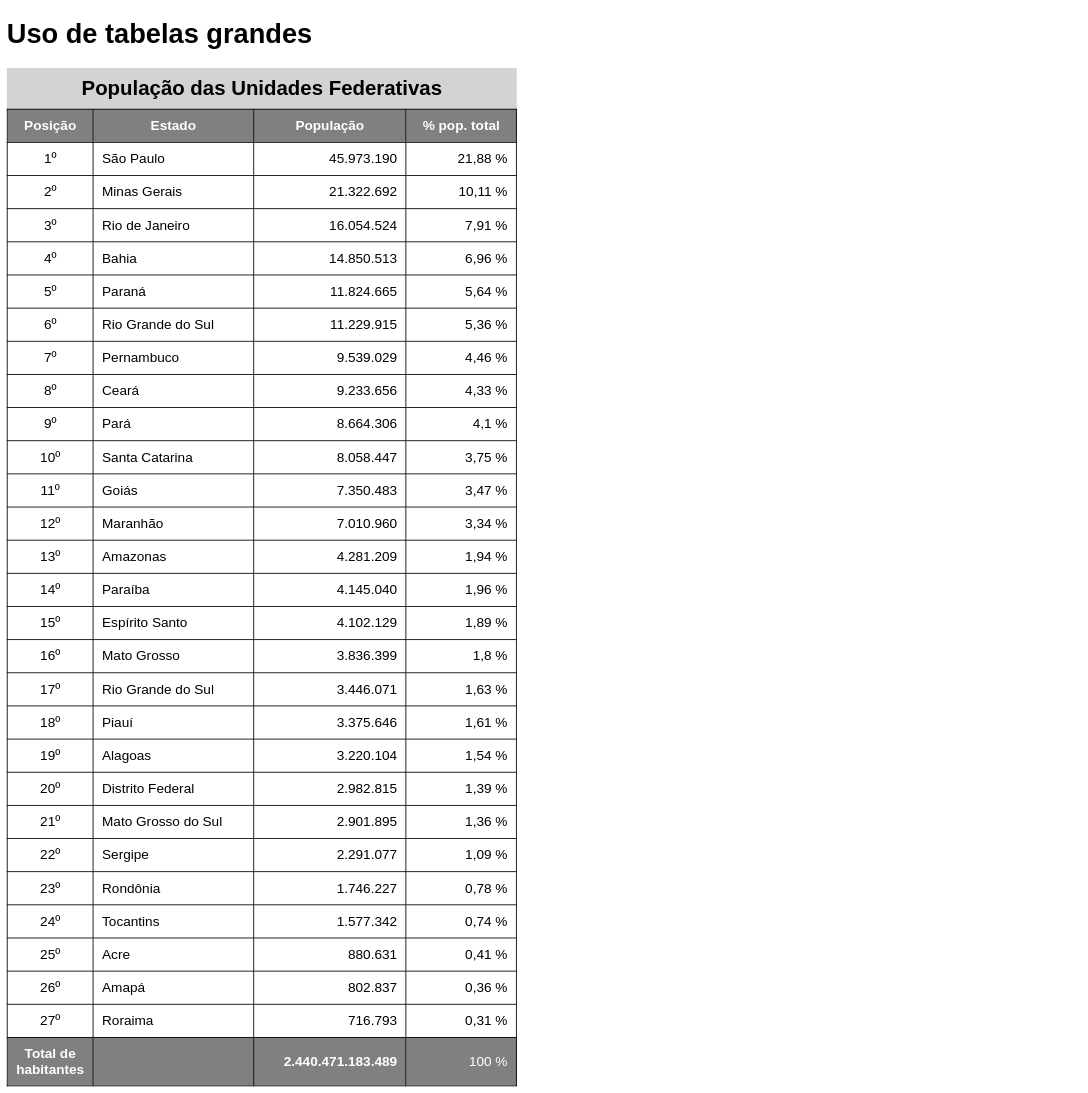
Repository: railsondev/html-css
Page: Módulo3/Exercicios/Ex02 - Tabelas/tabela002.html
An editor plug-in stored every save of this project. The page is shown before and after the next save, followed by the edit.
The browser window is 1280 px wide. The pictures show the whole page, at 85% of full size.

Above is the page before, as saved 2024-10-18 22:56:25.

After the next save:
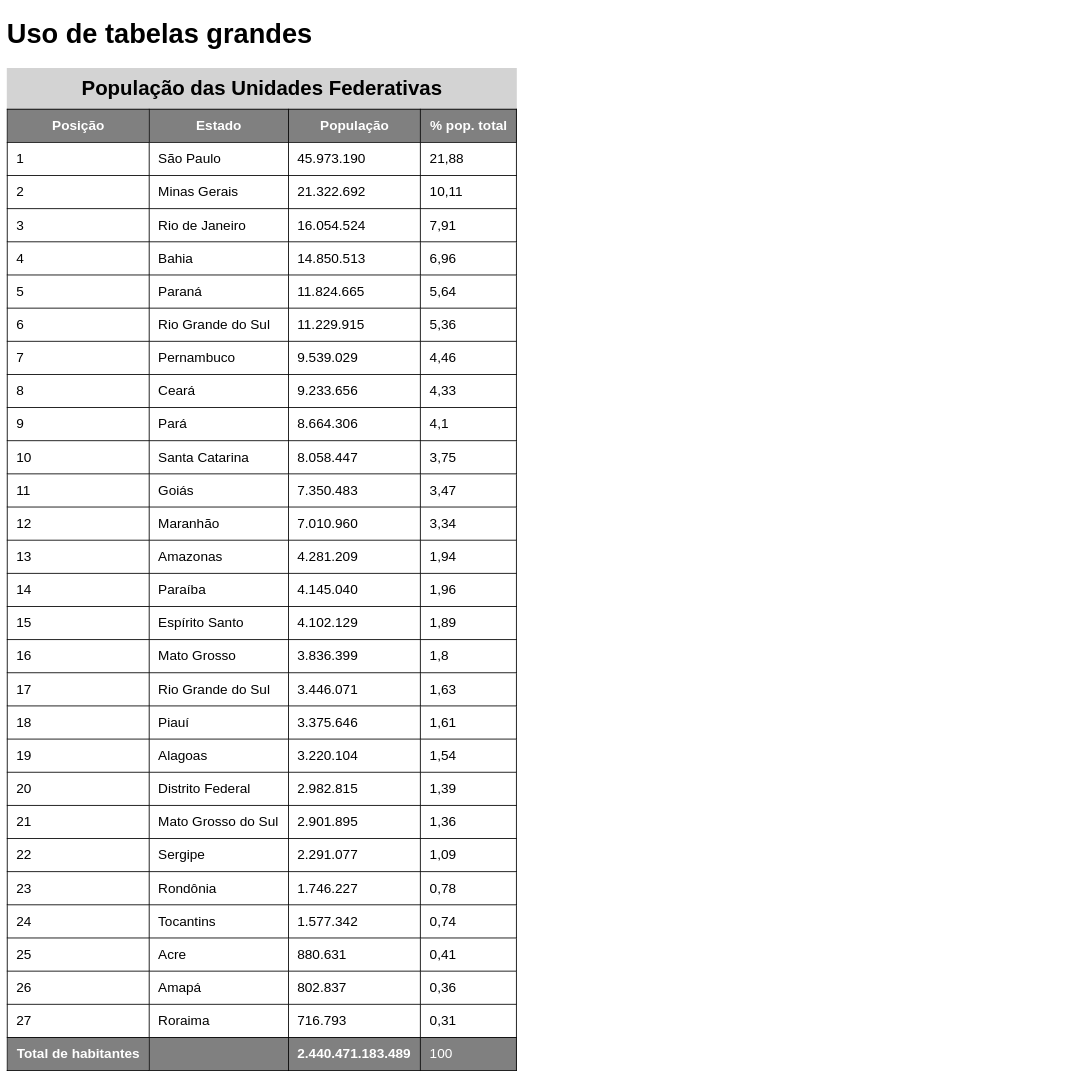
Saved 20 h 37 min later.
--- a/Módulo3/Exercicios/Ex02 - Tabelas/src/css/estilo01.css
+++ b/Módulo3/Exercicios/Ex02 - Tabelas/src/css/estilo01.css
@@ -2,20 +2,6 @@
 
 body {
   font-family: Arial, Helvetica, sans-serif;
-}
-.porc::after {
-  content: ' %';
-}
-.numero, .porc {
-  text-align: right;
-}
-
-.pos {
-  text-align: center;
-  width: 20px;
-}
-.pos::after {
-  content: 'º';
 }
 
 caption {

After the save that followed:
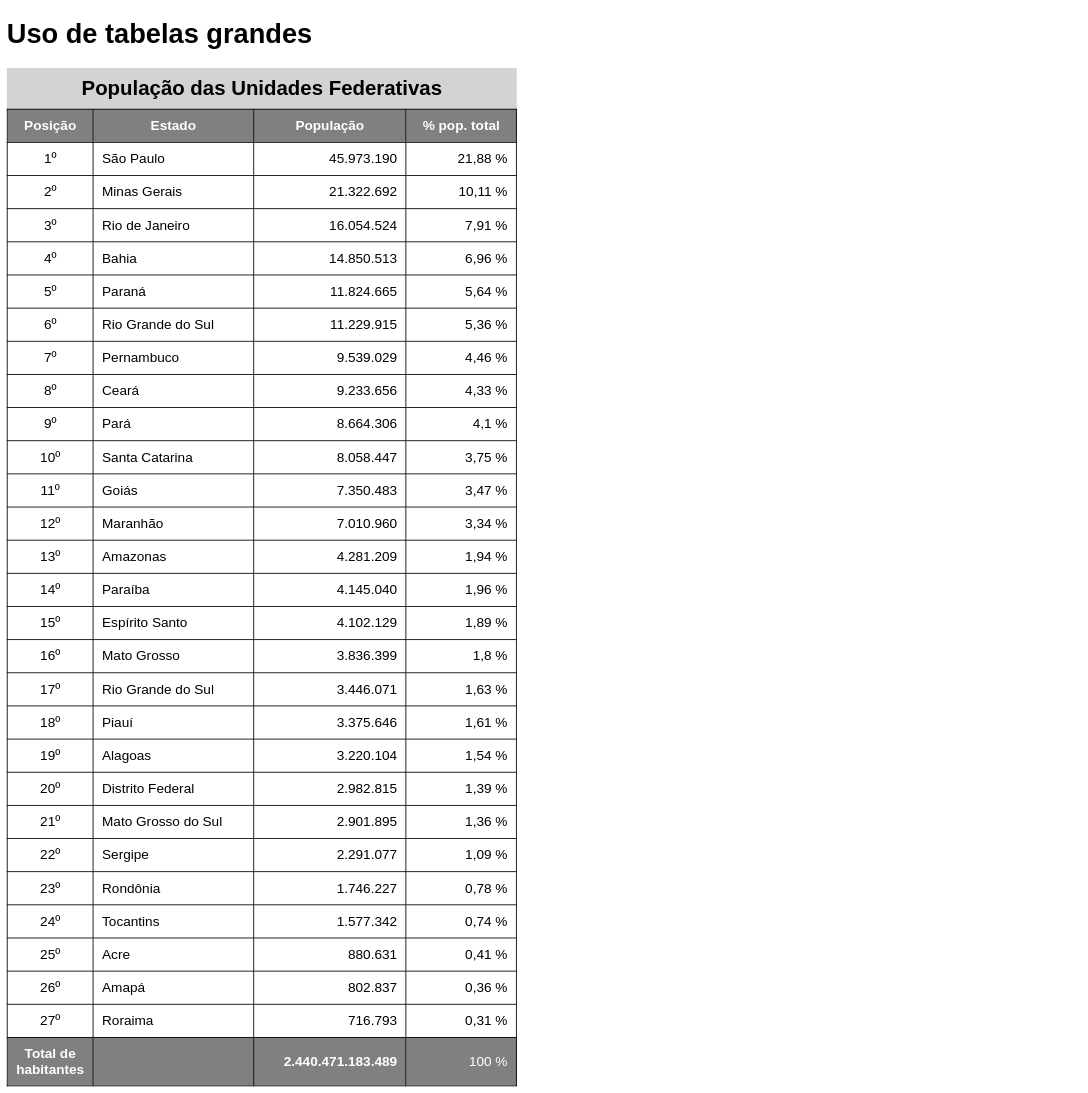
Saved 21 s later.
--- a/Módulo3/Exercicios/Ex02 - Tabelas/src/css/estilo01.css
+++ b/Módulo3/Exercicios/Ex02 - Tabelas/src/css/estilo01.css
@@ -27,3 +27,18 @@ thead, tfoot {
 strong {
   font-weight: bolder;
 }
+
+.porc::after {
+  content: ' %';
+}
+.numero, .porc {
+  text-align: right;
+}
+
+.pos {
+  text-align: center;
+  width: 20px;
+}
+.pos::after {
+  content: 'º';
+}
